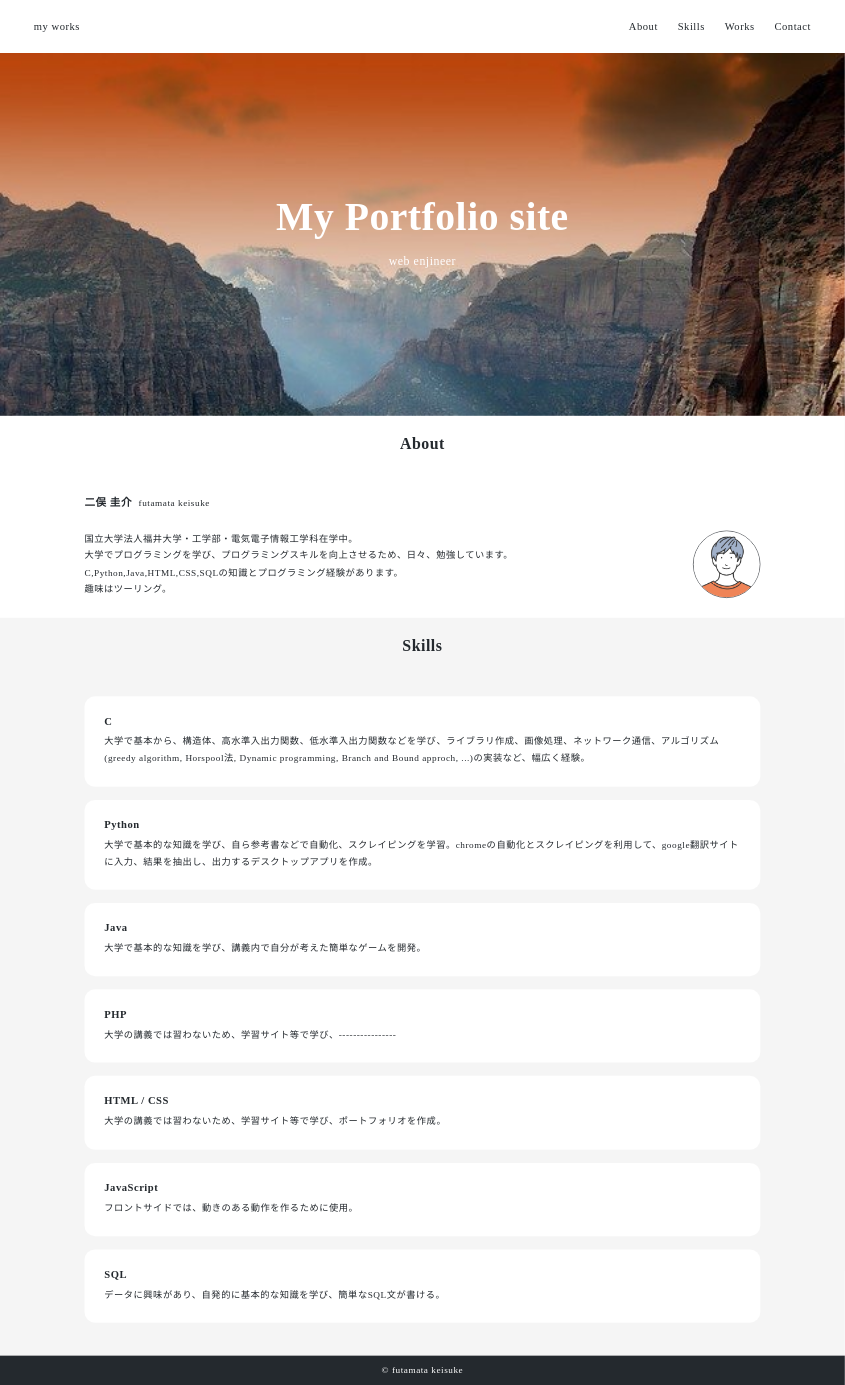
Repository: F-ksk/portfolio
Page: index.html
These files come from the project's save history. The page is drawn as it stood at one moment and after the next save; the edit follows.
The browser window is 1280 px wide. The pictures show the whole page, at 66% of full size.

Above is the page before, as saved 2023-06-29 12:54:10.

After the next save:
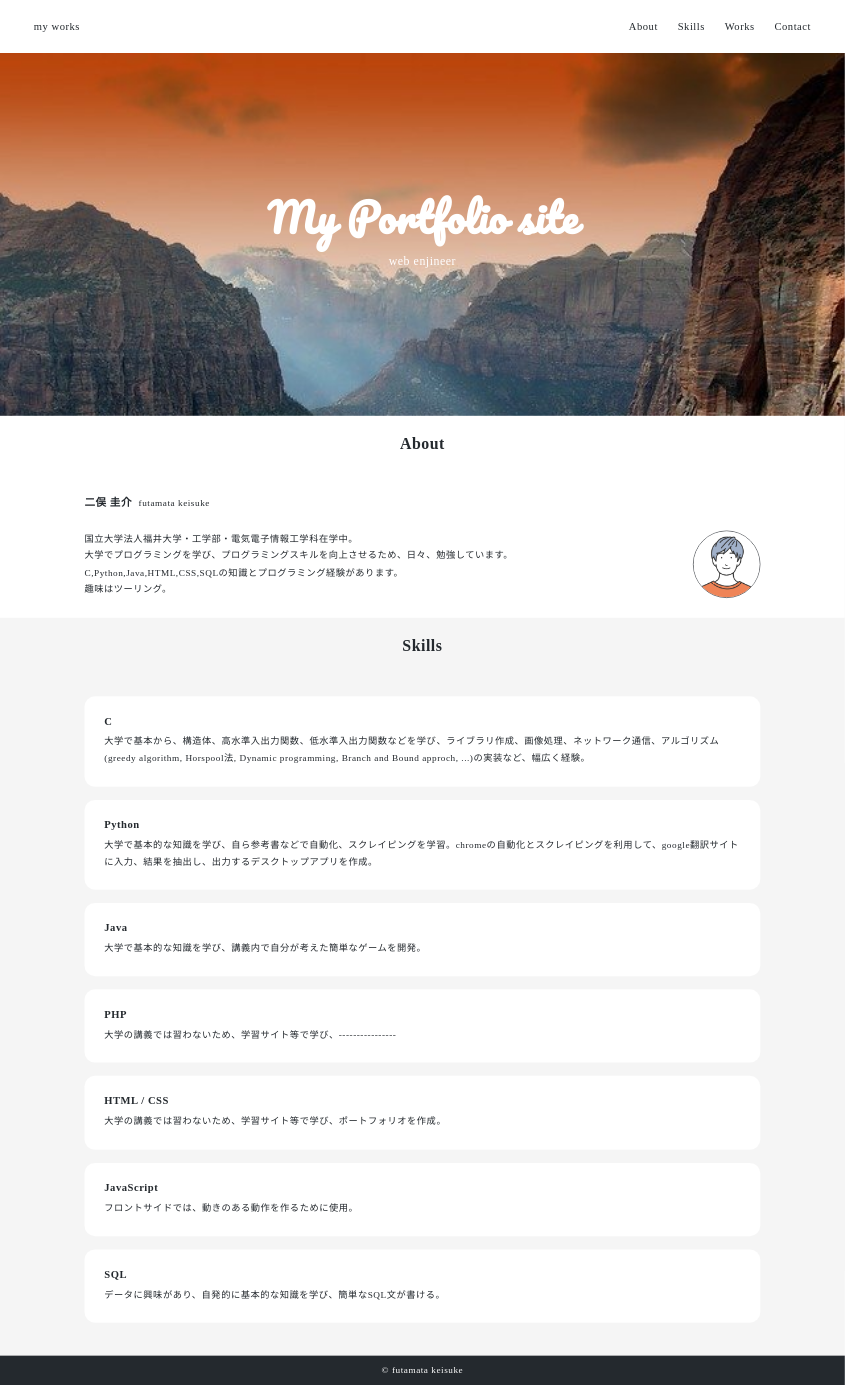
Saved 15 s later.
--- a/css/style.css
+++ b/css/style.css
@@ -32,7 +32,7 @@ p {
 
 h1 {
     font-size: 60px;
-    font-family: 'Noto+Sans+JP';
+    font-family: 'Pacifico';
 }
 
 h2 {
